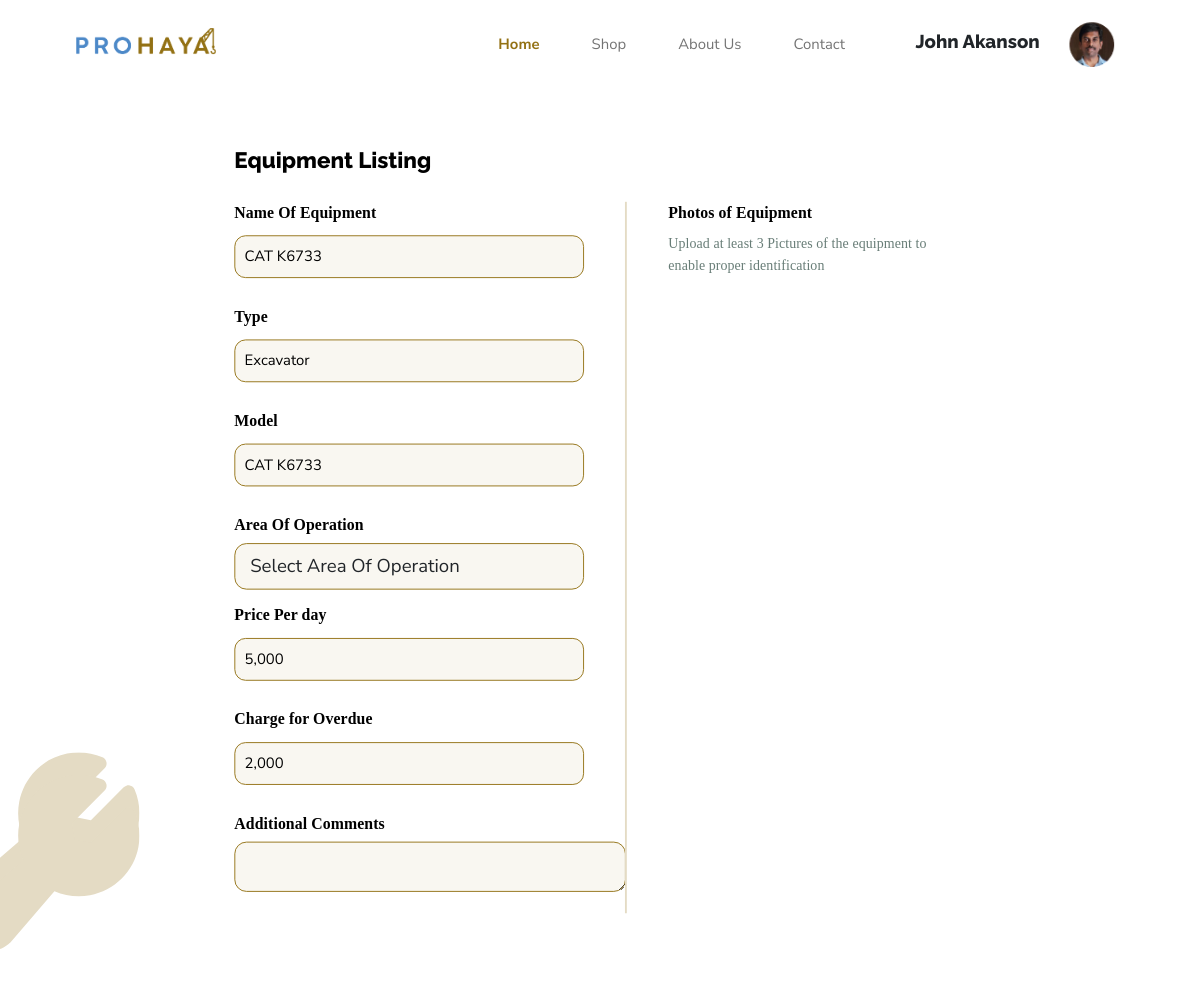
Repository: stormcelltech/Prohaya-UI
Page: Prohaya-UI/equipment_listing.html
These files come from the project's save history. The page is drawn as it stood at one moment and after the next save; the edit follows.
The browser window is 1280 px wide. The pictures show the whole page, at 93% of full size.
Some web libraries are served in a nearby version.

Above is the page before, as saved 2022-04-14 04:09:44.
Console error: TypeError: $(...).owlCarousel is not a function

After the next save:
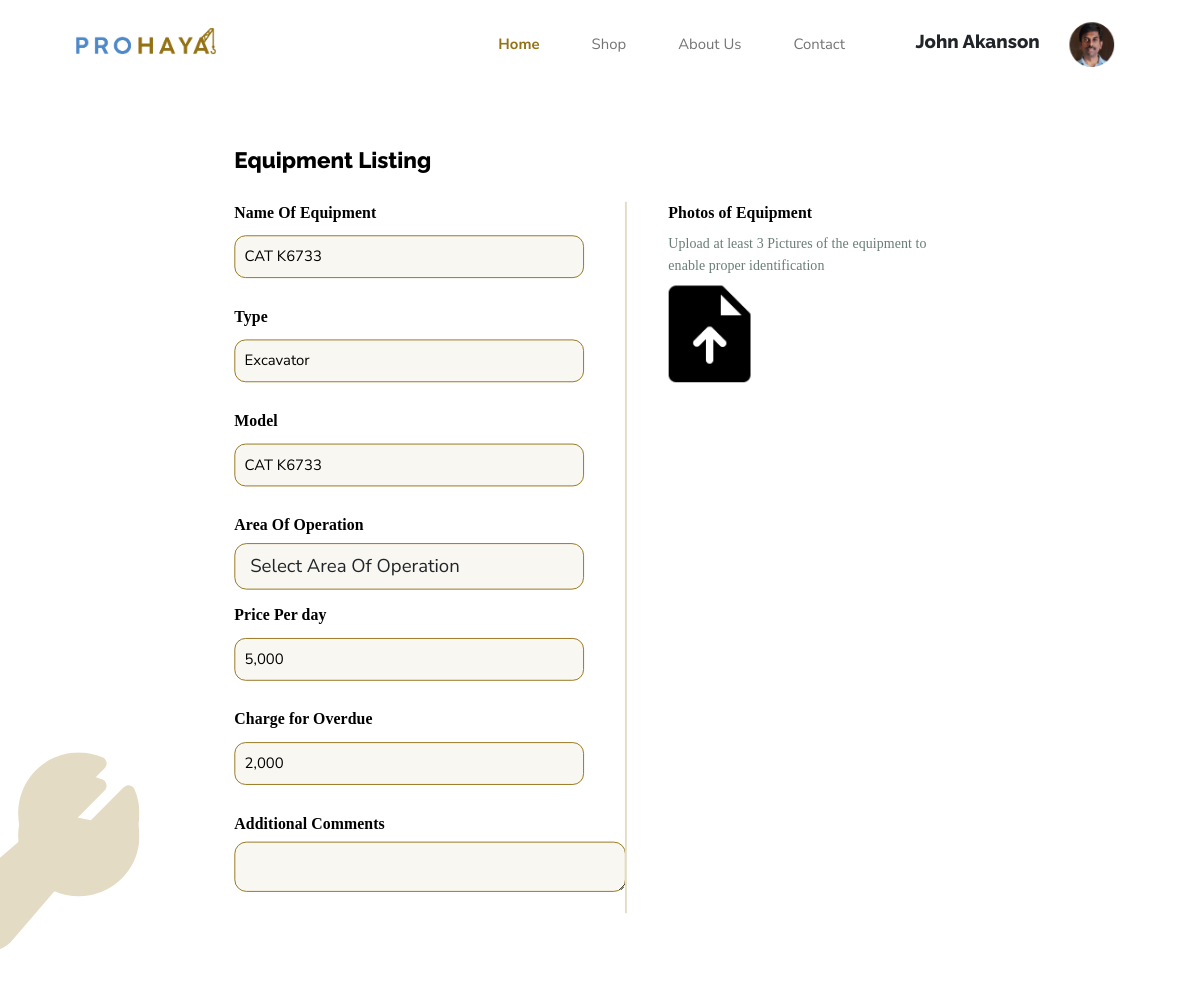
Saved 3 min 4 s later.
--- a/Prohaya-UI/equipment_listing.html
+++ b/Prohaya-UI/equipment_listing.html
@@ -109,6 +109,9 @@
                         <div class="col-md-5">
                             <strong class="custom_photo_section">Photos of Equipment</strong>
                             <p class="custom-upload">Upload at least 3 Pictures of the equipment to enable proper identification</p>
+                            <div class="">
+                                <img src="./assets/img/icon/Vector.png" alt="">
+                            </div>
                         </div>
                     </div>
                 </form>
